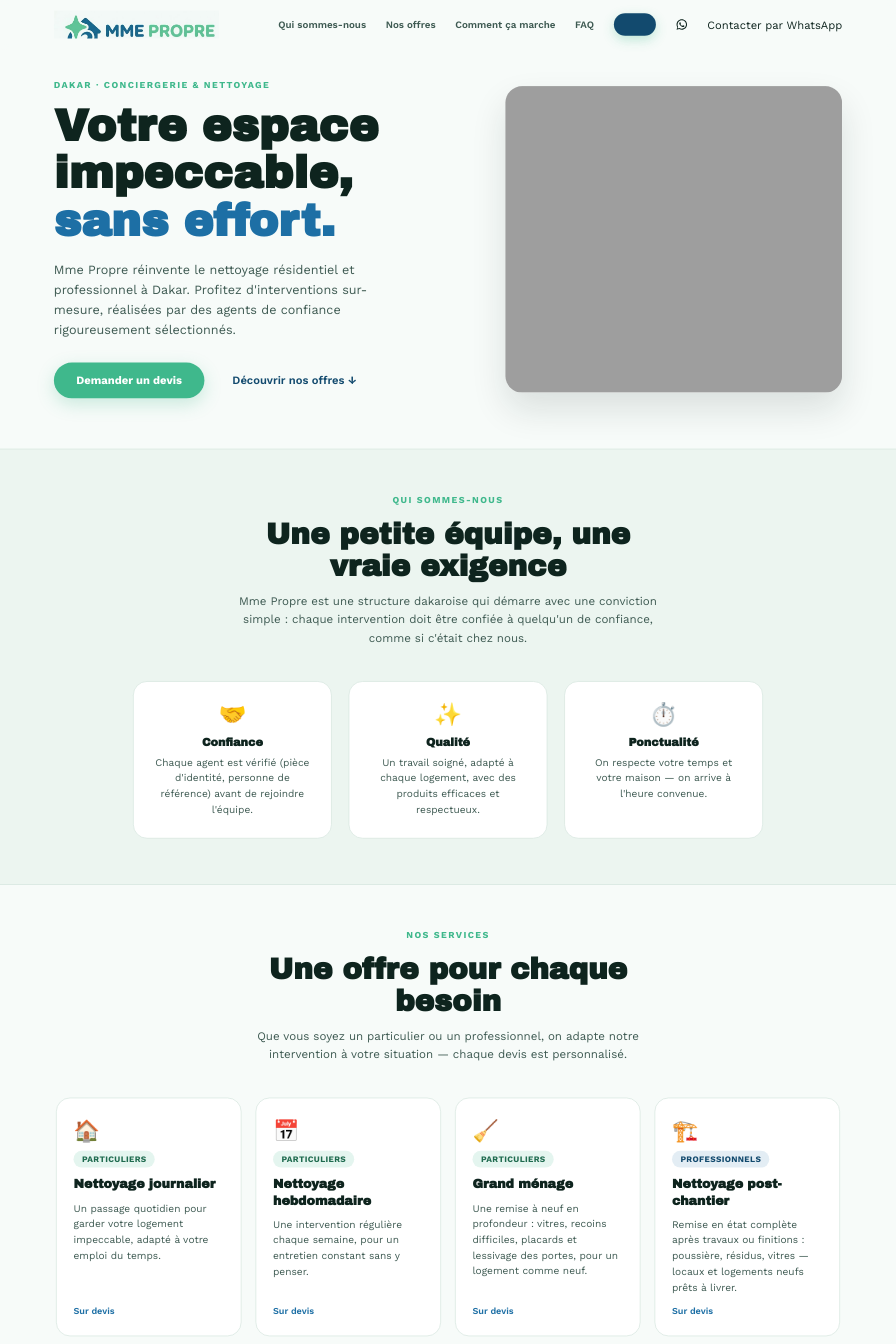
Repository: AntaaaKD/Mme-Propre
Page: index.html
These files come from the project's save history. The page is drawn as it stood at one moment and after a run of saves; the edit follows.
The browser window is 1280 px wide. The pictures show the part of the page from y = 0 to 1920 px (the page is 4385 px tall before and 4395 px after), at 70% of full size.
Pictures or frames that could not be fetched are drawn as grey boxes.

Above is the page before, as saved 2026-07-29 00:49:21.

### index.html
<!DOCTYPE html>
<html lang="fr">
<head>
<meta charset="UTF-8">
<meta name="viewport" content="width=device-width, initial-scale=1.0">
<title>Mme Propre — La propreté de votre demeure, en un clic</title>
<meta name="description" content="Nettoyage résidentiel et professionnel à Dakar : particuliers, bureaux, post-chantier. Agents de confiance, devis gratuit sous 24h.">

<!-- Aperçu de lien (WhatsApp, Facebook, etc.) -->
<meta property="og:type" content="website">
<meta property="og:title" content="Mme Propre — La propreté de votre demeure, en un clic">
<meta property="og:description" content="Nettoyage résidentiel et professionnel à Dakar : particuliers, bureaux, post-chantier. Agents de confiance, devis gratuit sous 24h.">
<meta property="og:image" content="https://images.unsplash.com/photo-1758272421751-963195322eaa?w=1200&auto=format&fit=crop&q=80">
<!-- ⚠️ Remplacer par l'URL réelle une fois le site déployé sur Netlify -->
<meta property="og:url" content="https://mme-propre.netlify.app/">
<meta name="twitter:card" content="summary_large_image">
<link rel="icon" type="image/png" href="data:[embedded picture, 38990 characters]">
<link rel="preconnect" href="https://fonts.googleapis.com">
<link rel="preconnect" href="https://fonts.gstatic.com" crossorigin>
<link href="https://fonts.googleapis.com/css2?family=Archivo+Black&family=Work+Sans:wght@400;500;600;700&display=swap" rel="stylesheet">

<!-- Sécurité : Cloudflare Turnstile -->
<script src="https://challenges.cloudflare.com/turnstile/v0/api.js" async defer></script>

<style>
  :root{
    --surface:#F7FBF9;
    --surface-2:#ECF5F0;
    --ink:#0E241E;
    --ink-soft:#3E5A52;
    --blue:#1D6FA5;
    --blue-deep:#124A6E;
    --mint:#3FB88C;
    --lemon:#F2C230;
    --line:#D6E6DE;
    --display:"Archivo Black", sans-serif;
    --body:"Work Sans", sans-serif;
  }
  *{box-sizing:border-box;}
  body{margin:0;padding:0;background:var(--surface);color:var(--ink);font-family:var(--body);}
  a{color:inherit;}
  section{scroll-margin-top:20px;}

  header{
    display:flex;align-items:center;justify-content:space-between;
    padding:15px 6vw;position:sticky;top:0;background:rgba(247,251,249,0.9);
    backdrop-filter:blur(6px);z-index:20;border-bottom:1px solid transparent;
  }
  .logo{display:flex;align-items:center;}
  .logo img{height:40px;width:auto;display:block;}
  nav{display:flex;align-items:center;gap:28px;}
  nav a.nav-link{font-size:14px;font-weight:600;color:var(--ink-soft);text-decoration:none;}
  .header-cta{
    font-size:14px;font-weight:700;color:#fff;background:var(--blue-deep);
    border-radius:999px;padding:11px 22px;text-decoration:none;
    transition:transform .15s ease;
  }
  .header-cta:hover{transform:translateY(-2px);}
  .header-cta-wa{
  display:inline-flex;align-items:center;gap:8px;background:var(--mint);
  box-shadow:0 6px 16px rgba(63,184,140,0.3);
}
.header-cta-wa:hover{box-shadow:0 10px 22px rgba(63,184,140,0.45);}
  @media (max-width:760px){ nav a.nav-link{display:none;} }

  .hero{position:relative;padding:6vh 6vw 10vh;overflow:hidden;}
  .hero-grid{position:relative;z-index:2;display:grid;grid-template-columns:1.1fr 0.9fr;gap:56px;align-items:center;}
  @media (max-width:860px){.hero-grid{grid-template-columns:1fr;gap:40px;} .hero-image{max-height:320px;}}
  .hero-image{position:relative;border-radius:24px;overflow:hidden;box-shadow:0 24px 50px rgba(14,36,30,0.12);aspect-ratio:1.1;}
  .hero-image img{width:100%;height:100%;object-fit:cover;display:block;}
  .eyebrow{font-size:13px;font-weight:700;letter-spacing:2px;text-transform:uppercase;color:var(--mint);margin-bottom:18px;}
  h1{font-family:var(--display);font-size:clamp(36px,5.5vw,64px);line-height:1.05;margin:0 0 22px;max-width:15ch;}
  h1 .accent{color:var(--blue);}
  .hero p.lead{font-size:18px;color:var(--ink-soft);max-width:46ch;line-height:1.6;margin:0 0 32px;}
  .hero-ctas{display:flex;gap:16px;align-items:center;flex-wrap:wrap;}
  .btn-primary{
    background:var(--mint);color:#fff;font-weight:700;padding:16px 32px;
    border-radius:999px;box-shadow:0 8px 24px rgba(63,184,140,0.25);text-decoration:none;
    transition:transform .2s ease, box-shadow .2s ease;
  }
  .btn-primary:hover{transform:translateY(-2px);box-shadow:0 12px 28px rgba(63,184,140,0.4);}
  .btn-secondary{font-weight:600;color:var(--blue-deep);padding:16px 24px;text-decoration:none;}

  .section{padding:9vh 6vw;}
  .section.alt{background:var(--surface-2);border-top:1px solid var(--line);border-bottom:1px solid var(--line);}
  .section-head{max-width:640px;margin:0 auto 48px;text-align:center;}
  .section-head .eyebrow{justify-content:center;display:flex;}
  .section-head h2{font-family:var(--display);font-size:clamp(28px,3.6vw,42px);margin:0 0 14px;}
  .section-head p{color:var(--ink-soft);font-size:16.5px;line-height:1.6;margin:0;}

    /* ---------- Qui sommes-nous / Valeurs ---------- */
  .values-grid{max-width:900px;margin:0 auto;display:grid;grid-template-columns:repeat(3,1fr);gap:24px;}
  @media (max-width:760px){.values-grid{grid-template-columns:1fr;}}
  .value-card{
    background:#fff;border:1.5px solid var(--line);border-radius:20px;padding:28px 24px;
    text-align:center;transition:transform .18s ease, box-shadow .18s ease;
  }
  .value-card:hover{transform:translateY(-4px);box-shadow:0 16px 32px rgba(14,36,30,0.08);}
  .value-icon{font-size:32px;display:block;margin-bottom:12px;}
  .value-card h4{font-family:var(--display);font-size:16px;margin:0 0 10px;}
  .value-card p{color:var(--ink-soft);font-size:14.5px;line-height:1.55;margin:0;}


  .offers{max-width:1120px;margin:0 auto;display:grid;grid-template-columns:repeat(4,1fr);gap:20px;}
  @media (max-width:980px){.offers{grid-template-columns:repeat(2,1fr);}}
  @media (max-width:560px){.offers{grid-template-columns:1fr;}}
  .offer-card{
    background:#fff;border:1.5px solid var(--line);border-radius:20px;padding:28px 24px;
    display:flex;flex-direction:column;gap:12px;transition:transform .18s ease, box-shadow .18s ease;
  }
  .offer-card:hover{transform:translateY(-4px);box-shadow:0 16px 32px rgba(14,36,30,0.08);}
  .offer-card .emoji{font-size:30px;}
  .offer-card h3{font-family:var(--display);font-size:18px;margin:0;line-height:1.3;}
  .offer-card p{color:var(--ink-soft);font-size:14.5px;line-height:1.55;margin:0;flex:1;}
  .offer-tag{
    align-self:flex-start;font-size:12px;font-weight:700;letter-spacing:0.5px;text-transform:uppercase;
    padding:5px 12px;border-radius:999px;
  }
  .tag-domicile{background:rgba(63,184,140,0.14);color:#1f6b4f;}
  .tag-pro{background:rgba(29,111,165,0.12);color:var(--blue-deep);}
  .offer-quote{font-size:13px;font-weight:600;color:var(--blue);margin-top:2px;}

  .steps{max-width:900px;margin:0 auto;display:grid;grid-template-columns:repeat(3,1fr);gap:28px;}
  @media (max-width:760px){.steps{grid-template-columns:1fr;}}
  .step{text-align:center;}
  .step-num{
    width:44px;height:44px;border-radius:50%;background:var(--blue-deep);color:#fff;
    display:flex;align-items:center;justify-content:center;font-family:var(--display);font-size:17px;
    margin:0 auto 16px;
  }
  .step h4{font-family:var(--display);font-size:17px;margin:0 0 8px;}
  .step p{color:var(--ink-soft);font-size:14.5px;line-height:1.55;margin:0;}

  .form-wrap{max-width:760px;margin:0 auto;background:#fff;border:1.5px solid var(--line);border-radius:24px;padding:44px 40px;}
  @media (max-width:600px){.form-wrap{padding:32px 22px;}}
  .grid{display:grid;grid-template-columns:1fr 1fr;gap:16px;}
  @media (max-width:680px){.grid{grid-template-columns:1fr;}}
  .field{display:flex;flex-direction:column;gap:6px;}
  .field.full{grid-column:1/-1;}
  label{font-size:13px;font-weight:600;color:var(--ink-soft);}
  input,select,textarea{
    font-family:var(--body);font-size:15px;border:1.5px solid var(--line);border-radius:12px;
    padding:13px 15px;background:#fff;color:var(--ink);outline:none;transition:border-color .18s ease;
  }
  input:focus,select:focus,textarea:focus{border-color:var(--blue);}
  textarea{resize:vertical;min-height:90px;}

  .security-row { margin-top: 10px; display: flex; justify-content: center; width: 100%; }

  .submit-row{margin-top:20px;display:flex;align-items:center;gap:16px;flex-wrap:wrap;}
  .btn-whatsapp{
    display:inline-flex;align-items:center;gap:10px;background:var(--mint);color:#fff;border:none;
    border-radius:999px;padding:15px 26px;font-family:var(--body);font-weight:700;font-size:15px;cursor:pointer;
    transition:transform .15s ease, box-shadow .15s ease;
  }
  .btn-whatsapp:hover{transform:translateY(-2px);box-shadow:0 8px 22px rgba(63,184,140,0.35);}
  .btn-whatsapp:disabled{opacity:0.6;cursor:not-allowed;transform:none;}
  .btn-whatsapp-outline{
    display:inline-flex;align-items:center;gap:10px;background:#fff;color:var(--ink);border:1.5px solid var(--line);
    border-radius:999px;padding:14px 24px;font-family:var(--body);font-weight:700;font-size:14.5px;cursor:pointer;
    transition:transform .15s ease, border-color .15s ease;
  }
  .btn-whatsapp-outline:hover{transform:translateY(-2px);border-color:var(--mint);}
  .hint{font-size:13px;color:var(--ink-soft);}
  .privacy-note{font-size:12.5px;color:var(--ink-soft);margin-top:10px;line-height:1.5;}
  .hp-field{position:absolute;left:-9999px;top:-9999px;height:0;width:0;overflow:hidden;}

  .direct{padding:8vh 6vw;text-align:center;}

  /* ---------- FAQ ---------- */
  .faq-list{max-width:760px;margin:0 auto;display:flex;flex-direction:column;gap:14px;}
  .faq-item{
    background:#fff;border:1.5px solid var(--line);border-radius:16px;
    padding:6px 22px;transition:border-color .18s ease;
  }
  .faq-item[open]{border-color:var(--mint);}
  .faq-item summary{
    padding:16px 0;font-family:var(--display);font-size:15.5px;cursor:pointer;
    list-style:none;display:flex;align-items:center;justify-content:space-between;gap:16px;color:var(--ink);
  }
  .faq-item summary::-webkit-details-marker{display:none;}
  .faq-item summary::after{
    content:"+";font-family:var(--body);font-size:22px;font-weight:400;color:var(--mint);flex-shrink:0;
    transition:transform .2s ease;
  }
  .faq-item[open] summary::after{transform:rotate(45deg);}
  .faq-item p{color:var(--ink-soft);font-size:14.5px;line-height:1.6;margin:0 0 18px;}
  .direct h3{font-family:var(--display);font-size:clamp(22px,3vw,30px);margin:0 0 12px;}
  .direct p{color:var(--ink-soft);margin:0 0 26px;font-size:16px;}
  .btn-direct{
    display:inline-flex;align-items:center;gap:10px;
    background:var(--blue-deep);color:#fff;border:none;border-radius:999px;
    padding:16px 30px;font-family:var(--body);font-weight:700;font-size:15.5px;text-decoration:none;
    transition:transform .15s ease;
  }
  .btn-direct:hover{transform:translateY(-2px);}

  footer{padding:26px 6vw;border-top:1px solid var(--line);font-size:13px;color:var(--ink-soft);display:flex;justify-content:space-between;flex-wrap:wrap;gap:10px;}
</style>
</head>
<body>

<header>
  <div class="logo"><img src="data:[embedded picture, 79982 characters]" alt="Mme Propre"></div>
    <nav>
    <a class="nav-link" href="#apropos">Qui sommes-nous</a>
    <a class="nav-link" href="#offres">Nos offres</a>
    <a class="nav-link" href="#comment">Comment ça marche</a>
    <a class="nav-link" href="#faq">FAQ</a>
    <a class=" btn-direct header-cta header-cta-wa" id="header-wa-btn" href="#" target="_blank" rel="noopener"></a>
  <svg viewBox="0 0 24 24" width="18" height="18" fill="currentColor" aria-hidden="true">
    <path d="M12 2C6.48 2 2 6.48 2 12c0 1.85.5 3.58 1.38 5.07L2 22l5.11-1.34A9.94 9.94 0 0 0 12 22c5.52 0 10-4.48 10-10S17.52 2 12 2zm0 18c-1.63 0-3.16-.44-4.48-1.21l-.32-.19-3.03.79.81-2.95-.21-.31A7.94 7.94 0 0 1 4 12c0-4.41 3.59-8 8-8s8 3.59 8 8-3.59 8-8 8zm4.36-5.86c-.24-.12-1.42-.7-1.64-.78-.22-.08-.38-.12-.54.12-.16.24-.62.78-.76.94-.14.16-.28.18-.52.06-.24-.12-1.01-.37-1.92-1.19-.71-.63-1.19-1.41-1.33-1.65-.14-.24-.01-.37.11-.49.11-.11.24-.28.36-.42.12-.14.16-.24.24-.4.08-.16.04-.3-.02-.42-.06-.12-.54-1.3-.74-1.78-.19-.46-.39-.4-.54-.4-.14 0-.3-.02-.46-.02s-.42.06-.64.3c-.22.24-.84.82-.84 2s.86 2.32.98 2.48c.12.16 1.7 2.6 4.12 3.64.58.25 1.03.4 1.38.51.58.18 1.11.16 1.53.1.47-.07 1.42-.58 1.62-1.14.2-.56.2-1.04.14-1.14-.06-.1-.22-.16-.46-.28z"/>
  </svg>
  <span>Contacter par WhatsApp</span>
</a>
  </nav>
</header>

<section class="hero">
  <div class="hero-grid">
    <div>
      <div class="eyebrow">Dakar · Conciergerie & Nettoyage</div>
      <h1>Votre espace impeccable, <span class="accent">sans effort.</span></h1>
      <p class="lead">Mme Propre réinvente le nettoyage résidentiel et professionnel à Dakar. Profitez d'interventions sur-mesure, réalisées par des agents de confiance rigoureusement sélectionnés.</p>
      <div class="hero-ctas">
        <a href="#devis" class="btn-primary">Demander un devis</a>
        <a href="#offres" class="btn-secondary">Découvrir nos offres ↓</a>
      </div>
    </div>
    <div class="hero-image">
      <img src="https://african.land/oc-content/plugins/blog/img/blog/328.jpg" alt="Nettoyage professionnel de maison à Dakar">

    </div>
  </div>
</section>



<!-- ============ NOUVELLE SECTION : QUI SOMMES-NOUS ============ -->
<section class="section alt" id="apropos">
  <div class="section-head">
    <div class="eyebrow">Qui sommes-nous</div>
    <h2>Une petite équipe, une vraie exigence</h2>
    <p>Mme Propre est une structure dakaroise qui démarre avec une conviction simple : chaque intervention doit être confiée à quelqu'un de confiance, comme si c'était chez nous.</p>
  </div>
  <div class="values-grid">
    <div class="value-card">
      <span class="value-icon">🤝</span>
      <h4>Confiance</h4>
      <p>Chaque agent est vérifié (pièce d'identité, personne de référence) avant de rejoindre l'équipe.</p>
    </div>
    <div class="value-card">
      <span class="value-icon">✨</span>
      <h4>Qualité</h4>
      <p>Un travail soigné, adapté à chaque logement, avec des produits efficaces et respectueux.</p>
    </div>
    <div class="value-card">
      <span class="value-icon">⏱️</span>
      <h4>Ponctualité</h4>
      <p>On respecte votre temps et votre maison — on arrive à l'heure convenue.</p>
    </div>
  </div>
</section>
<!-- ============ FIN NOUVELLE SECTION ============ -->

<section class="section" id="offres">
  <div class="section-head">
    <div class="eyebrow">Nos services</div>
    <h2>Une offre pour chaque besoin</h2>
    <p>Que vous soyez un particulier ou un professionnel, on adapte notre intervention à votre situation — chaque devis est personnalisé.</p>
  </div>
  <div class="offers">
    <div class="offer-card">
      <span class="emoji">🏠</span>
      <span class="offer-tag tag-domicile">Particuliers</span>
      <h3>Nettoyage journalier</h3>
      <p>Un passage quotidien pour garder votre logement impeccable, adapté à votre emploi du temps.</p>
      <span class="offer-quote">Sur devis</span>
    </div>
    <div class="offer-card">
      <span class="emoji">📅</span>
      <span class="offer-tag tag-domicile">Particuliers</span>
      <h3>Nettoyage hebdomadaire</h3>
      <p>Une intervention régulière chaque semaine, pour un entretien constant sans y penser.</p>
      <span class="offer-quote">Sur devis</span>
    </div>
    <div class="offer-card">
      <span class="emoji">🧹</span>
      <span class="offer-tag tag-domicile">Particuliers</span>
      <h3>Grand ménage</h3>
      <p>Une remise à neuf en profondeur : vitres, recoins difficiles, placards et lessivage des portes, pour un logement comme neuf.</p>
      <span class="offer-quote">Sur devis</span>
    </div>
    <div class="offer-card">
      <span class="emoji">🏗️</span>
      <span class="offer-tag tag-pro">Professionnels</span>
      <h3>Nettoyage post-chantier</h3>
      <p>Remise en état complète après travaux ou finitions : poussière, résidus, vitres — locaux et logements neufs prêts à livrer.</p>
      <span class="offer-quote">Sur devis</span>
    </div>
  </div>
</section>

<section class="section alt" id="comment">
  <div class="section-head">
    <div class="eyebrow">Simple et rapide</div>
    <h2>Comment ça marche</h2>
  </div>
  <div class="steps">
    <div class="step">
      <div class="step-num">1</div>
      <h4>Vous nous contactez</h4>
      <p>Décrivez votre besoin via le formulaire ou directement sur WhatsApp : type de bien, surface, fréquence souhaitée.</p>
    </div>
    <div class="step">
      <div class="step-num">2</div>
      <h4>On évalue ensemble</h4>
      <p>Selon la situation, on échange par téléphone et on organise une visite pour établir un devis précis et adapté.</p>
    </div>
    <div class="step">
      <div class="step-num">3</div>
      <h4>Intervention programmée</h4>
      <p>Une fois le devis validé, on planifie l'intervention à la date qui vous convient le mieux.</p>
    </div>
  </div>
</section>

<section class="section" id="faq">
  <div class="section-head">
    <div class="eyebrow">Questions fréquentes</div>
    <h2>Ce que vous vous demandez peut-être</h2>
  </div>
  <div class="faq-list">
    <details class="faq-item">
      <summary>Comment sélectionnez-vous vos agents de nettoyage ?</summary>
      <p>Chaque candidat passe par une vérification d'identité (pièce d'identité) et fournit une personne de référence avant de rejoindre l'équipe. On reste une petite structure qui démarre, donc chaque profil est validé personnellement plutôt que via un processus automatisé.</p>
    </details>
    <details class="faq-item">
      <summary>Dois-je être présent(e) pendant l'intervention ?</summary>
      <p>Ce n'est pas obligatoire, mais c'est recommandé pour la toute première intervention afin de valider ensemble vos attentes et l'accès au logement. Pour les interventions suivantes, on s'organise selon ce qui vous convient le mieux.</p>
    </details>
    <details class="faq-item">
      <summary>Comment se passe le paiement ?</summary>
      <p>Les modalités (montant, moyen de paiement, fréquence) sont fixées ensemble au moment du devis, avant toute intervention — vous savez exactement à quoi vous attendre dès le départ.</p>
    </details>
    <details class="faq-item">
      <summary>Que se passe-t-il si je ne suis pas satisfait(e) ?</summary>
      <p>Contactez-nous directement — on préfère de loin ajuster le service avec vous plutôt que de laisser un problème sans réponse.</p>
    </details>
    <details class="faq-item">
      <summary>Travaillez-vous aussi avec les professionnels de l'immobilier et du bâtiment ?</summary>
      <p>Oui — nettoyage post-chantier, remise en état de logements neufs ou de locaux avant livraison. Contactez-nous pour discuter de vos besoins, ponctuels ou récurrents.</p>
    </details>
  </div>
</section>

<section class="section" id="devis">
  <div class="section-head">
    <div class="eyebrow">Demande de devis</div>
    <h2>Parlez-nous de votre projet</h2>
    <p>Particulier ou professionnel, remplissez ce formulaire — on revient vers vous rapidement avec une proposition adaptée.</p>
  </div>

  <div class="form-wrap">
    <div class="grid">
      <div class="field"><label for="d-nom">Nom complet</label><input id="d-nom" type="text" required maxlength="80" autocomplete="name" placeholder="Ex : Awa Diagne"></div>
      <div class="field"><label for="d-tel">Numéro de téléphone</label><input id="d-tel" type="tel" required maxlength="25" autocomplete="tel" inputmode="tel" pattern="^[0-9+ ]{7,25}$" placeholder="77 000 00 00"></div>
      <div class="field">
        <label for="d-type">Vous êtes</label>
        <select id="d-type">
          <option value="Particulier — Domicile">Particulier — nettoyage domicile</option>
          <option value="Pro — Post-chantier">Professionnel — nettoyage post-chantier</option>
          <option value="Pro — Bureaux/Locaux">Professionnel — bureaux / locaux</option>
          <option value="Autre">Autre</option>
        </select>
      </div>
      <div class="field"><label for="d-zone">Quartier / zone</label><input id="d-zone" type="text" placeholder="Ex : Sacré-Cœur, Dakar" maxlength="100"></div>
      <div class="field full"><label for="d-surface">Surface ou taille approximative (si connue)</label><input id="d-surface" type="text" placeholder="Ex : Appartement 3 pièces, ou 200 m²" maxlength="100"></div>
      <div class="field full">
        <label for="d-msg">Décrivez votre besoin</label>
        <textarea id="d-msg" maxlength="1000" placeholder="Ex : Nettoyage de fin de chantier pour un immeuble de 4 appartements..."></textarea>
      </div>

      <!-- Champ piège anti-bot : invisible pour un humain, souvent rempli par les robots -->
      <div class="field full hp-field" aria-hidden="true">
        <label for="d-site">Laisser ce champ vide</label>
        <input id="d-site" type="text" tabindex="-1" autocomplete="off">
      </div>

      <div class="field full security-row">
        <div class="cf-turnstile" data-sitekey="0x4AAAAAAD6Cu6YosposxSZD"></div>
      </div>
    </div>

    <div class="submit-row">
      <button class="btn-whatsapp" id="submit-btn">Envoyer ma demande</button>
      <button class="btn-whatsapp-outline" id="wa-direct-btn">Ou nous écrire sur WhatsApp</button>
    </div>
    <div class="hint" id="submit-status" style="margin-top:14px;">On vous répond généralement sous 24h.</div>
    <p class="privacy-note">En envoyant ce formulaire, vous acceptez que Mme Propre conserve ces informations pour vous recontacter au sujet de votre demande. Elles ne sont ni revendues, ni partagées avec des tiers.</p>
  </div>
</section>

<section class="direct">
  <h3>Une question avant de remplir le formulaire ?</h3>
  <p>Écrivez-nous directement, on répond vite.</p>
  <a class="btn-direct" id="direct-wa" href="#" target="_blank" rel="noopener">Contacter Mme Propre sur WhatsApp</a>
</section>

<footer>
  <span>Mme Propre — Dakar, Sénégal</span>
  <a class="footer-phone" href="tel:+221775730664">
    <svg viewBox="0 0 24 24" width="16" height="16" fill="currentColor" aria-hidden="true">
      <path d="M6.62 10.79a15.05 15.05 0 0 0 6.59 6.59l2.2-2.2a1 1 0 0 1 1.02-.24 11.36 11.36 0 0 0 3.57.57 1 1 0 0 1 1 1V20a1 1 0 0 1-1 1A17 17 0 0 1 3 4a1 1 0 0 1 1-1h3.5a1 1 0 0 1 1 1 11.36 11.36 0 0 0 .57 3.57 1 1 0 0 1-.25 1.02l-2.2 2.2z"/>
    </svg>
    <span>+221 77 573 06 64</span>
  </a>
  <span>Nettoyage résidentiel & professionnel</span>
</footer>
<script src="script.js"></script>

</body>
</html>

Loaded but not shown: script.js (105 lines, source omitted)

After the next 2 saves:
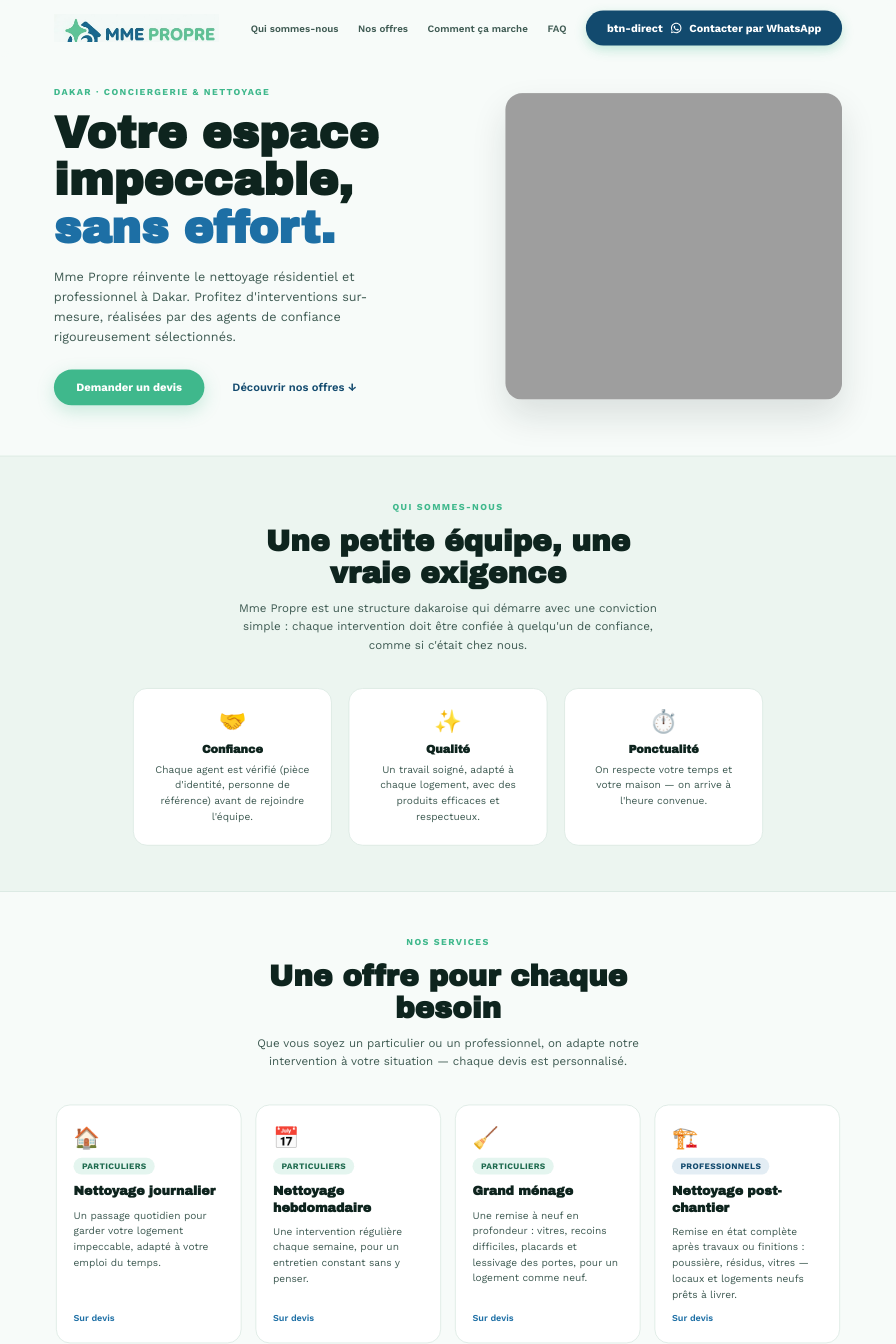
The 2 saves are shown as one change because they came seconds apart.
The last was saved 14 s later.
--- a/index.html
+++ b/index.html
@@ -207,7 +207,8 @@
     <a class="nav-link" href="#offres">Nos offres</a>
     <a class="nav-link" href="#comment">Comment ça marche</a>
     <a class="nav-link" href="#faq">FAQ</a>
-    <a class=" btn-direct header-cta header-cta-wa" id="header-wa-btn" href="#" target="_blank" rel="noopener"></a>
+    <a class=" btn-direct header-cta header-cta-wa" id="header-wa-btn" href="#" target="_blank" rel="noopener">
+      btn-direct
   <svg viewBox="0 0 24 24" width="18" height="18" fill="currentColor" aria-hidden="true">
     <path d="M12 2C6.48 2 2 6.48 2 12c0 1.85.5 3.58 1.38 5.07L2 22l5.11-1.34A9.94 9.94 0 0 0 12 22c5.52 0 10-4.48 10-10S17.52 2 12 2zm0 18c-1.63 0-3.16-.44-4.48-1.21l-.32-.19-3.03.79.81-2.95-.21-.31A7.94 7.94 0 0 1 4 12c0-4.41 3.59-8 8-8s8 3.59 8 8-3.59 8-8 8zm4.36-5.86c-.24-.12-1.42-.7-1.64-.78-.22-.08-.38-.12-.54.12-.16.24-.62.78-.76.94-.14.16-.28.18-.52.06-.24-.12-1.01-.37-1.92-1.19-.71-.63-1.19-1.41-1.33-1.65-.14-.24-.01-.37.11-.49.11-.11.24-.28.36-.42.12-.14.16-.24.24-.4.08-.16.04-.3-.02-.42-.06-.12-.54-1.3-.74-1.78-.19-.46-.39-.4-.54-.4-.14 0-.3-.02-.46-.02s-.42.06-.64.3c-.22.24-.84.82-.84 2s.86 2.32.98 2.48c.12.16 1.7 2.6 4.12 3.64.58.25 1.03.4 1.38.51.58.18 1.11.16 1.53.1.47-.07 1.42-.58 1.62-1.14.2-.56.2-1.04.14-1.14-.06-.1-.22-.16-.46-.28z"/>
   </svg>
